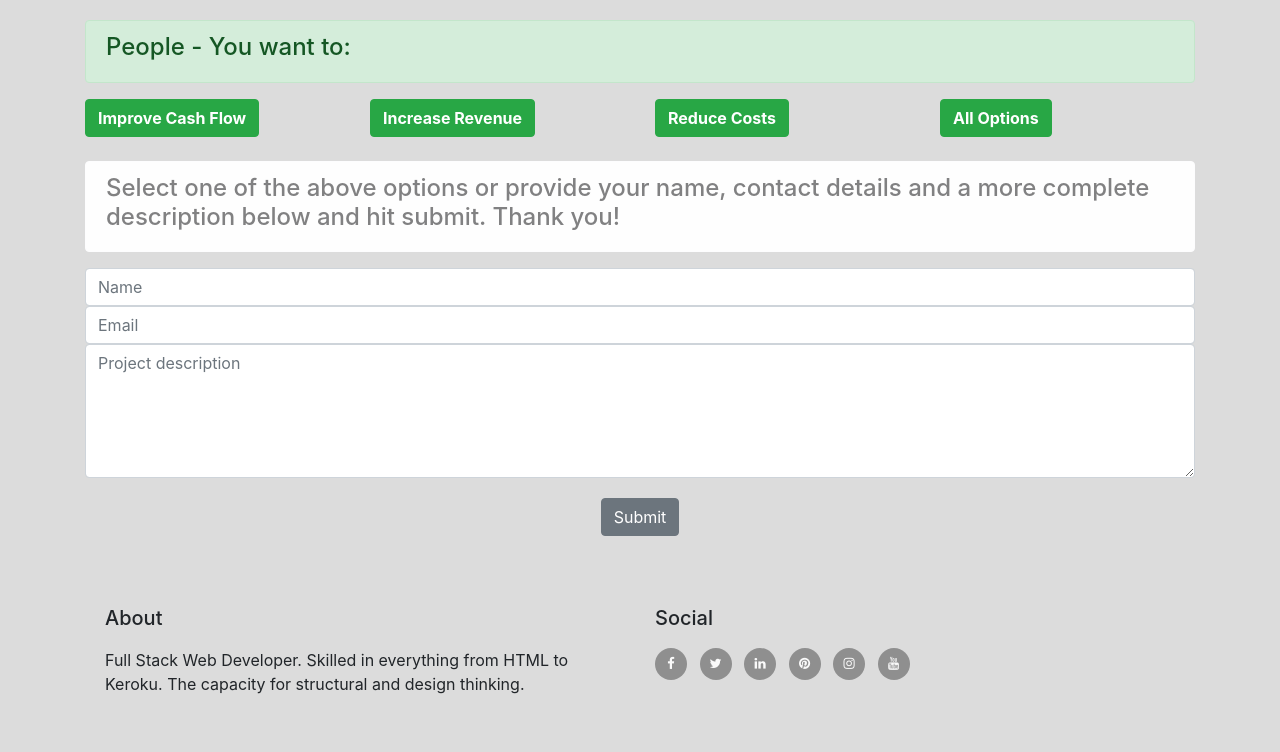
Repository: Code-Institute-Submissions/tenerim-milestone1
Page: People.html
The author's editor kept a record of every edit. The page is drawn from the files as they stood at one moment, then again after the next edit.
The browser window is 1280 px wide. The pictures show the whole page.

Above is the page before.

After the next edit:
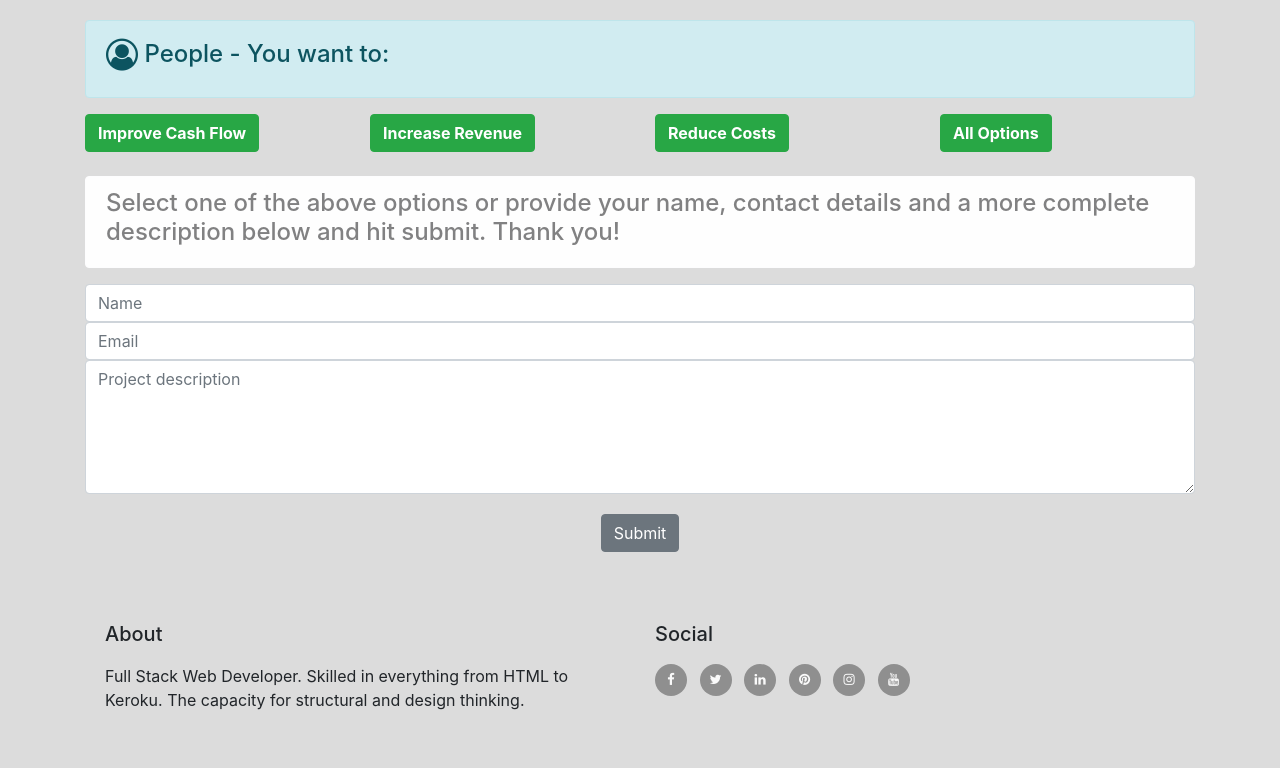
The edit:
--- a/People.html
+++ b/People.html
@@ -24,8 +24,8 @@
 
             <div class="row">
                 <div class="col-sm-12">
-                    <div class="alert alert-success" role="alert">
-                        <h4 class="alert-heading">People - You want to:</h4>
+                    <div class="alert alert-info" role="alert">
+                        <h4 class="alert-heading"><i class="fa fa-user-circle-o fa-lg" aria-hidden="true"></i> People - You want to:</h4>
                     </div>
                 </div>
             </div>
